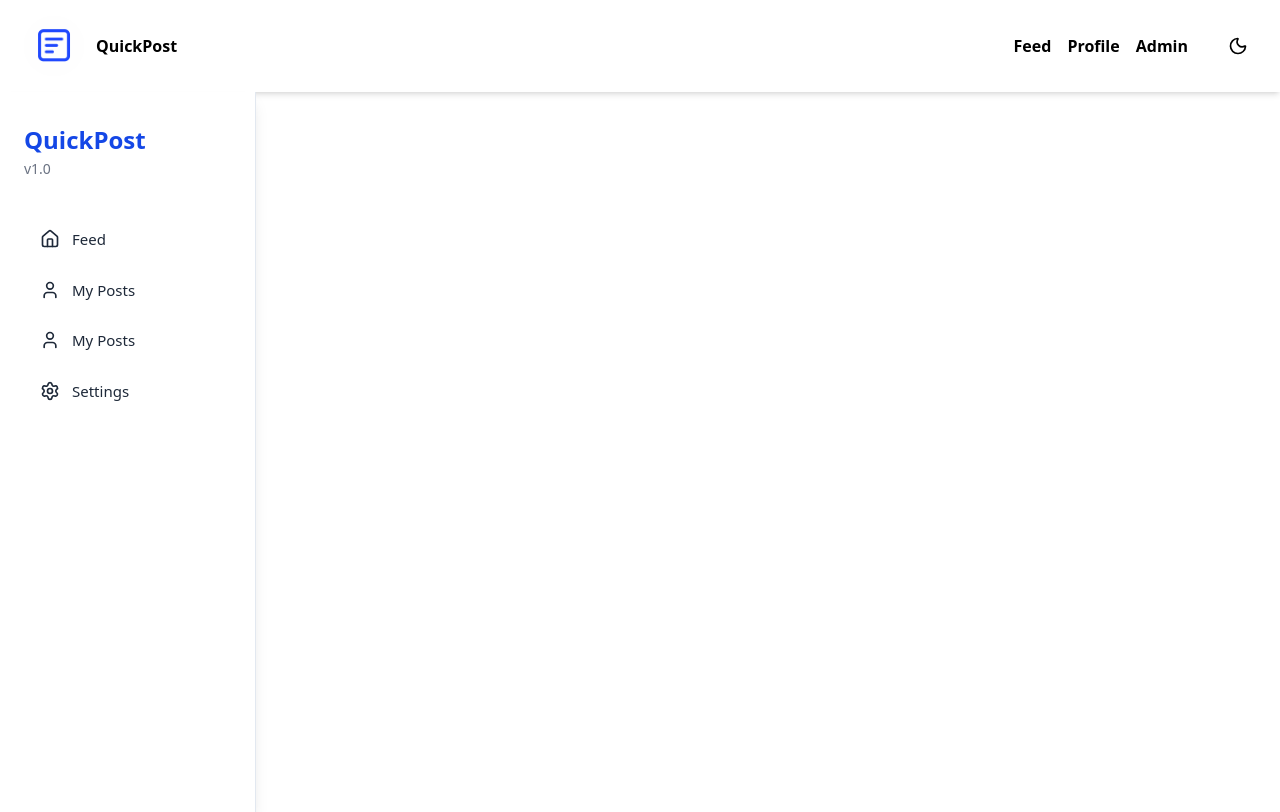
Repository: keith212005/quickpost
Page: /
These files come from the project's save history. The page is drawn as it stood at one moment and after the next save; the edit follows.
The browser window is 1280 px wide. The pictures show the whole page.
The project was rebuilt for these pictures with package versions that can differ from the ones it lists, and the page was loaded fresh each time. The framework's server and built-in components were replaced by stand-ins that run in the browser. Also part of the build but not shown: next.config.ts.

Above is the page before, as saved 2025-05-02 18:20:16.

After the next save:
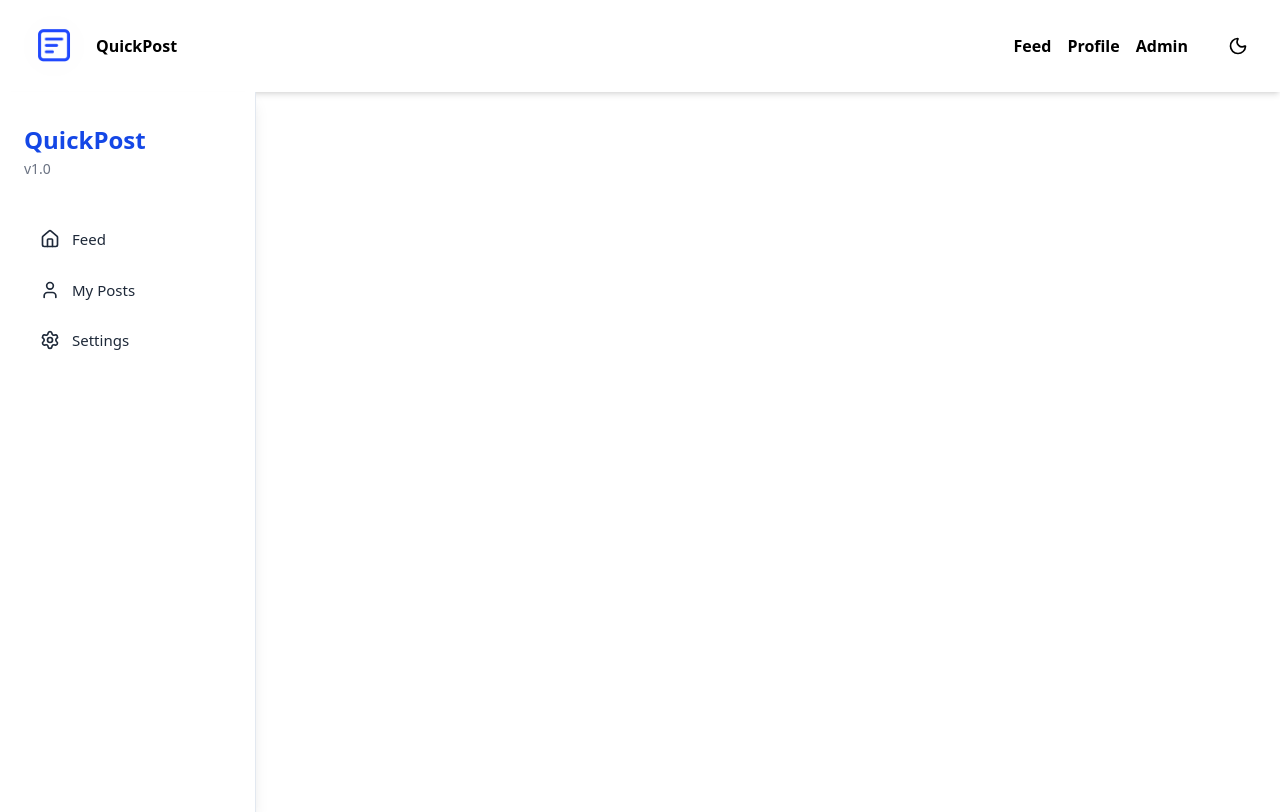
Saved 13 s later.
--- a/src/components/layout/SideBar.tsx
+++ b/src/components/layout/SideBar.tsx
@@ -25,13 +25,6 @@
         </SideBarLink>
 
         <Link
-          href='/profile'
-          className='flex items-center gap-3 rounded-lg px-4 py-2 transition hover:bg-blue-50'
-        >
-          <User className='h-5 w-5' />
-          My Posts
-        </Link>
-        <Link
           href='/settings'
           className='flex items-center gap-3 rounded-lg px-4 py-2 transition hover:bg-blue-50'
         >

After the save that followed:
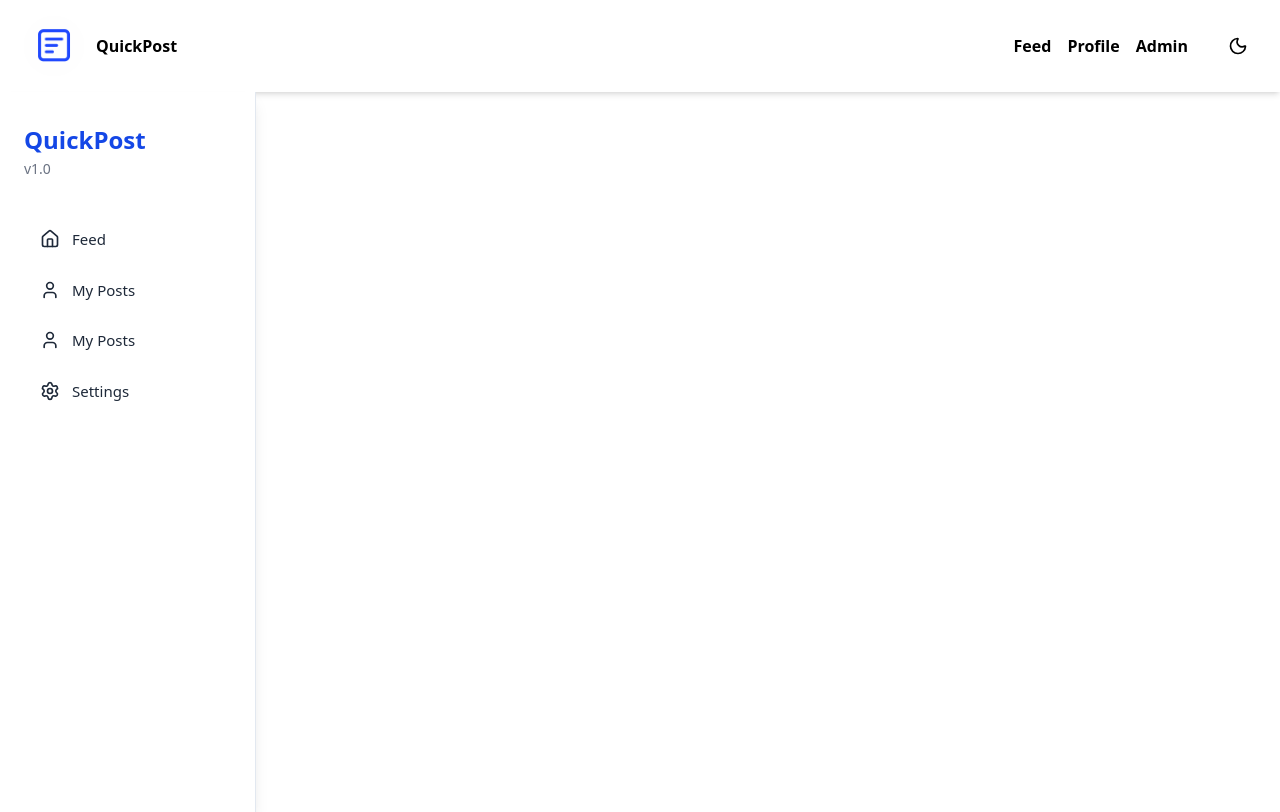
Saved 8 s later.
--- a/src/components/layout/SideBar.tsx
+++ b/src/components/layout/SideBar.tsx
@@ -24,6 +24,10 @@
           <ThemedIcon Icon={User} />
         </SideBarLink>
 
+        <SideBarLink href='/profile' label='My Posts'>
+          <ThemedIcon Icon={User} />
+        </SideBarLink>
+
         <Link
           href='/settings'
           className='flex items-center gap-3 rounded-lg px-4 py-2 transition hover:bg-blue-50'
